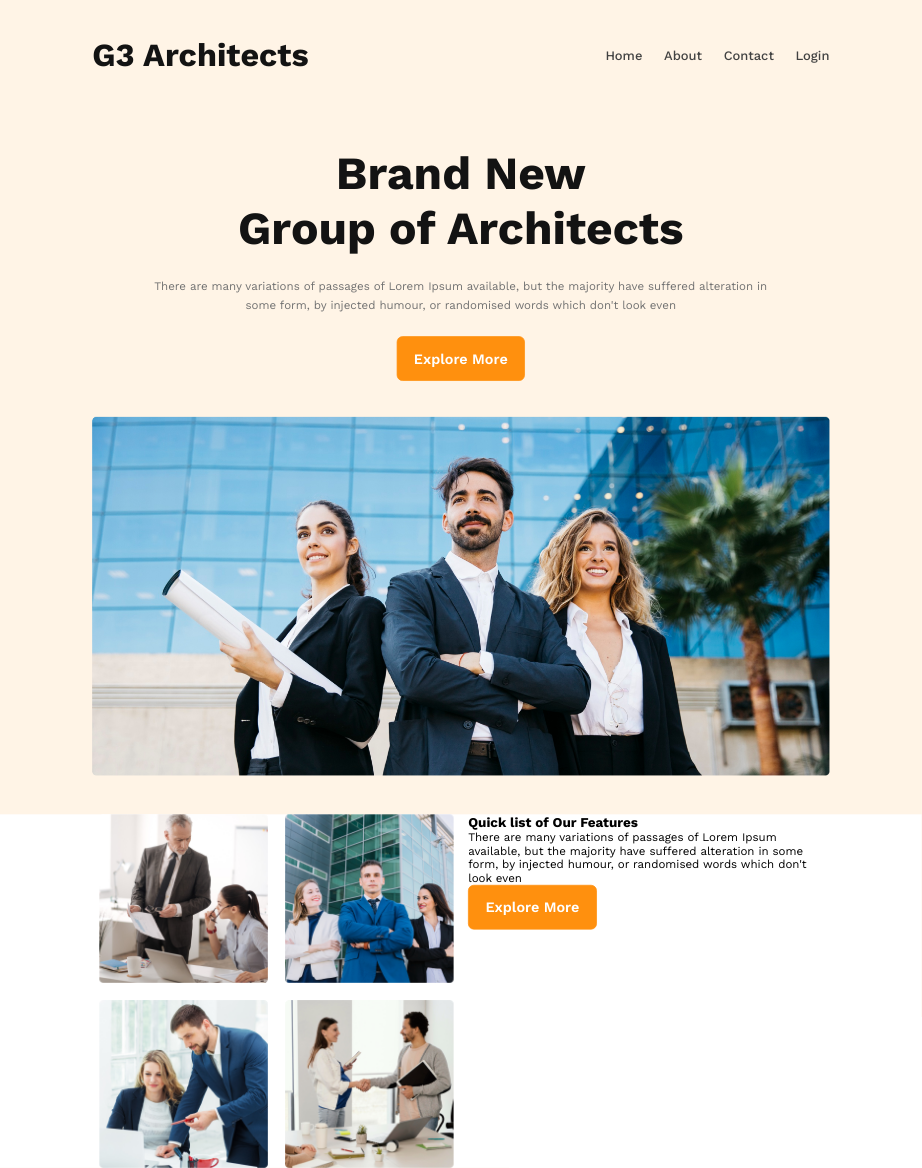
Repository: ShouravAhammed/G3-architects-webpage
Page: index.html
The author's editor kept a copy of each file at every save. The page is drawn from the files as they stood at one save, then again after the next save.
The browser window is 1280 px wide. The pictures show the whole page, at 72% of full size.

Above is the page before, as saved 2024-01-13 00:26:26.

### index.html
<!DOCTYPE html>
<html lang="en">
<head>
    <meta charset="UTF-8">
    <meta name="viewport" content="width=device-width, initial-scale=1.0">
    <title>G3 Architects</title>
    <link rel="stylesheet" href="styles/style.css">
</head>
<body>
    <!-- header part -->
    <header id="header">
        <div class="container">
            <nav class="navigation">
                <h3 class="website-logo">G3 Architects</h3>
                <ul class="nav">
                    <li><a href="">Home</a></li>
                    <li><a href="">About</a></li>
                    <li><a href="">Contact</a></li>
                    <li><a href="">Login</a></li>
                </ul>
            </nav>
            <section id="banner">
                <div class="banner-content">
                    <h3 class="banner-title">Brand New <br>Group of Architects</h3>
                    <p class="banner-description">There are many variations of passages of Lorem Ipsum available, but the majority have suffered alteration in some form, by injected humour, or randomised words which don't look even</p>
                    <button class="primary-btn">Explore More</button>
                </div>
                <img src="images/banner.png" alt="">
            </section>
        </div>
    </header>
    <!-- main part -->
    <main>
        <section id="team">
            <div class="container">
                <div class="team-content">
                    <div class="team-img">
                        <img src="images/team1.png" alt="team1-img">
                        <img src="images/team2.png" alt="team2-img">
                        <img src="images/team3.png" alt="team3-img">
                        <img src="images/team4.png" alt="team4-img">
                    </div>
                    <div class="team-text">
                        <h3 class="team-title">Quick list of Our Features</h3>
                        <p class="team-description">There are many variations of passages of Lorem Ipsum available, but the majority have suffered alteration in some form, by injected humour, or randomised words which don't look even</p>
                        <button class="primary-btn">Explore More</button>
                    </div>
                </div>
            </div>
        </section>
    </main>
    <!-- footer part  -->
    <footer>

    </footer>
</body>
</html>

### styles/style.css
/* G3 Architects website fonts from google fonts */
@import url('https://fonts.googleapis.com/css2?family=Work+Sans:ital,wght@0,100;0,200;0,300;0,400;0,500;0,600;0,700;0,800;0,900;1,100;1,200;1,300;1,400;1,500;1,600;1,700;1,800;1,900&display=swap');

/* all body measuring */
*{
    margin: 0;
    padding: 0;
    outline: 0;
    box-sizing: border-box;
    font-family: 'Work Sans', sans-serif;
}

/* container */
.container{
    width: 80%;
    margin: 0 auto;
}

/* Primary button */
.primary-btn{
    color: #FFF;
    font-size: 20px;
    font-weight: 600;
    padding: 18px 23px;
    border-radius: 8px;
    background: #FF900E;
    border: 1px solid #FF900E;
    cursor: pointer;
    transition: all ease 0.5s;
}
.primary-btn:hover{
    background: #fff;
    color: #FF900E;
}
/* Header part css style */
#header{
    background: rgba(255, 144, 14, 0.10);
    padding: 50px 0px;
}
.navigation{
    display: flex;
    justify-content: space-between;
    align-items: center;
}
.website-logo{
    color: #131313;
    font-size: 2.8rem;
    font-weight: 700;
    line-height: normal;
}
.navigation > .nav{
    display: flex;
    gap: 30px;
}
.nav li{
    list-style: none;
}
.nav li a{
    color: #424242;
    font-size: 18px;
    font-weight: 500;
    line-height: 26px;
    text-decoration: none;
    transition: all ease 0.3s;
}
/* Navigation css hover style  */
.nav li a:hover{
    color: #FF900E;
}
/* banner section css style start */
#banner{

}
#banner .banner-content{
    max-width: 862px;
    margin: 100px auto 50px auto;
    text-align: center;
}
.banner-content .banner-title{
    color: #131313;
    font-size: 4rem;
    font-weight: 700;
}
.banner-content .banner-description{
    color: #727272;
    font-size: 16px;
    font-weight: 400;
    line-height: 26px;
    margin: 30px 0;
}
#banner img{
    width: 100%;
}
/* banner section css style end */
/* team section css style start */
#team{

}
.team-content{
    display: flex;
    justify-content: space-around;
}
.team-content .team-img{
    display: grid;
    grid-template-columns: repeat(2, 1fr);
    gap: 24px;
    width: 48%;
}
.team-content .team-img img{
    width: 100%;
}
.team-content .team-text{
    width: 48%;
}














/* mobile device */
@media only screen and (max-width: 576px){
    .navigation{
        flex-direction: column;
    }
    #banner .banner-content {
        max-width: 100%;
        margin: 50px auto 50px auto;
    }
}

/* tablet device */
@media only screen and (min-width: 577px) and (max-width: 992px){
    .navigation{
        flex-direction: column;
    }
    #banner .banner-content {
        max-width: 100%;
        margin: 80px auto 50px auto;
    }
}

After the next save:
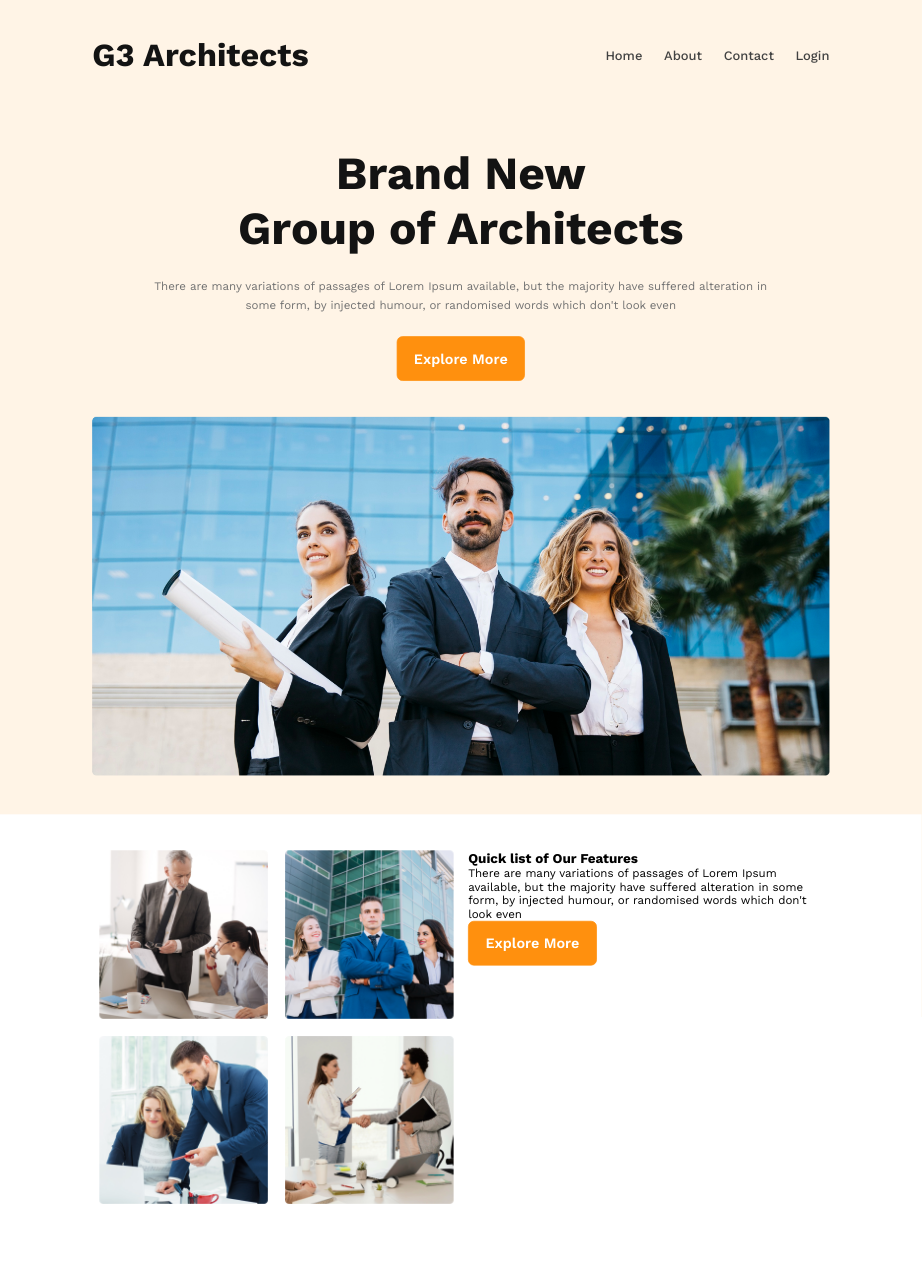
Saved 3 min 28 s later.
--- a/styles/style.css
+++ b/styles/style.css
@@ -94,7 +94,8 @@
 /* banner section css style end */
 /* team section css style start */
 #team{
-
+    margin-top: 50px;
+    margin-bottom: 100px;
 }
 .team-content{
     display: flex;
